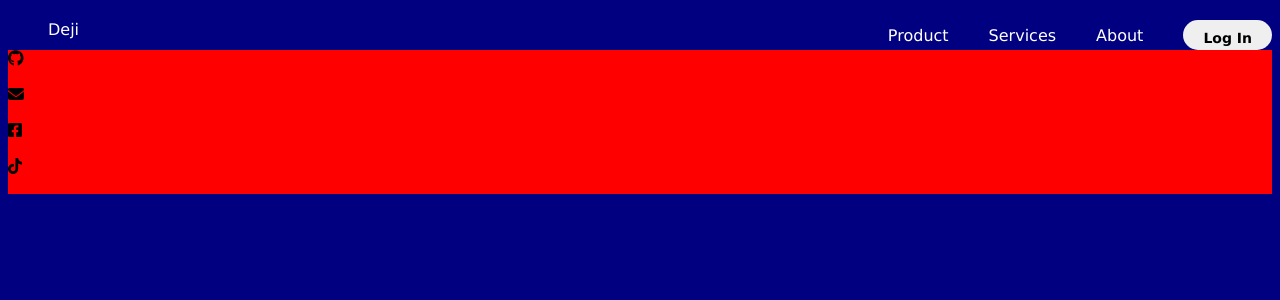
Repository: imokha01/Flexbox-and-Position-Example
Page: index.html
An editor plug-in stored every save of this project. The page is shown before and after the next save, followed by the edit.
The browser window is 1280 px wide. The pictures show the whole page.

Above is the page before, as saved 2023-11-21 16:22:19.

### index.html
<!DOCTYPE html>
<html lang="en">
  <head>
    <meta charset="UTF-8" />
    <meta name="viewport" content="width=device-width, initial-scale=1.0" />
    <title>Document</title>
    <link rel="stylesheet" href="./index.css" />
    <link
      rel="stylesheet"
      href="https://cdnjs.cloudflare.com/ajax/libs/font-awesome/6.4.2/css/all.min.css"
      integrity="sha512-z3gLpd7yknf1YoNbCzqRKc4qyor8gaKU1qmn+CShxbuBusANI9QpRohGBreCFkKxLhei6S9CQXFEbbKuqLg0DA=="
      crossorigin="anonymous"
      referrerpolicy="no-referrer"
    />
  </head>
  <body>
    <nav>
      <div id="logo">Deji</div>
      <div class="right">
        <div class="link_container">
          <a href="">Product</a>
          <a href="">Services</a>
          <a href="">About</a>
        </div>
        <button>Log In</button>
      </div>
    </nav>
    <main>
      <aside>
        <i class="fa-brands fa-github"></i>
        <i class="fa-solid fa-envelope"></i>
        <i class="fa-brands fa-square-facebook"></i>
        <i class="fa-brands fa-tiktok"></i>
        <i class="fa-brands fa-x-twitter"></i>
      </aside>
    </main>
  </body>
</html>

### index.css
body {
    background-color: navy;
}
nav {
    display: flex;
    justify-content: space-between;
    margin-left: 40px;
    margin-right: 4opx;
    margin-top: 20px;
    font-family: Verdana, Geneva, Tahoma, sans-serif;
    color: white;
    margin-bottom: ;
}

.right {
    display: flex;
    gap: 40px;
    color: white;
    align-items: center;
}
a {
    color: white;
    text-decoration: none;
}

.link_container {
    display: flex;
    gap: 40px;
}

button {
    /* width: 100px; */
    font-size: 14px;
    height: 30px;
    padding: 10px 20px;
    border-radius: 20px;
    cursor: pointer;
    font-weight: 600;
    border: none;
    font-family: Verdana, Geneva, Tahoma, sans-serif;
}

button:hover {
    background-color: aquamarine;

}

main {
    background-color: red;
    height: fit-content;
    position:
}

aside {
    display: flex;
    flex-direction: column;
    gap: 20px;

}

After the next save:
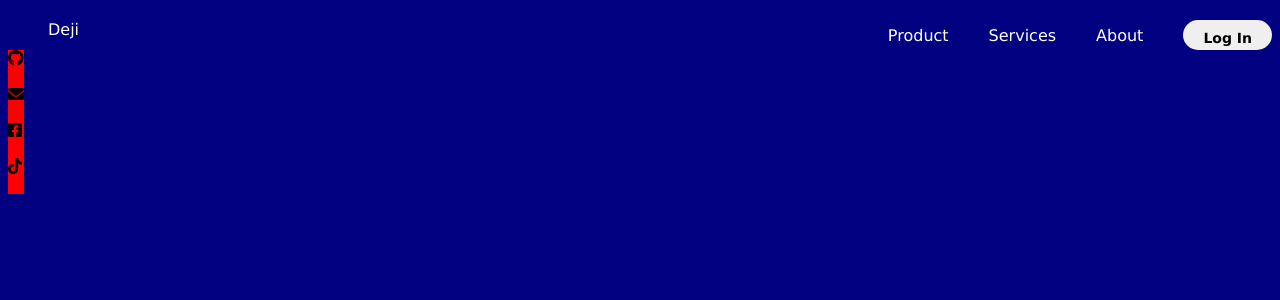
Saved 4 s later.
--- a/index.css
+++ b/index.css
@@ -48,7 +48,7 @@
 main {
     background-color: red;
     height: fit-content;
-    position:
+    position:absolute
 }
 
 aside {
